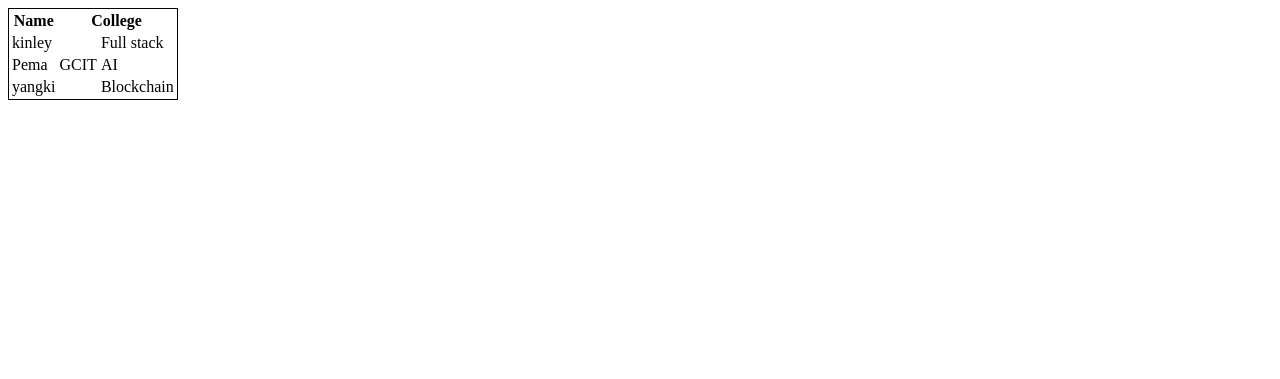
Repository: Pema-yangki/Css
Page: fed.html
These files come from the project's save history. The page is drawn as it stood at one moment and after the next save; the edit follows.
The browser window is 1280 px wide. The pictures show the whole page.

Above is the page before, as saved 2024-03-15 14:32:49.

### fed.html
<!DOCTYPE html>
<html lang="en">
<head>
    <meta charset="UTF-8">
    <meta name="viewport" content="width=device-width, initial-scale=1.0">
    <title>Document</title>
    <!-- <style>
        h1[name="greetings"]{
            color: brown;
        }
        h1[name ="king"]{
            color:aqua
        }
        h1[name="okay"]{
            color:blueviolet
        }
    </style> -->
    <style>
        table{
            border: 1px solid black;
            border-collapse: separate;
            border-spacing: 50;
        }
    </style>
</head>
<body>
   <!-- <h1 name = "greetings">hello</h1>
   <h1 name = "king" >hi</h1>
   <h1 name = "okay">bye</h1> -->
   <table>
    <tr>
        <th>Name</th>
        <th colspan="2">College</th>
    </tr>
    <tr>
        <td>kinley</td>
        <td rowspan="3">GCIT</td>
        <td>Full stack</td>
    </tr>
    <tr>
        <td>Pema</td>
        <td>AI</td>
    </tr>
    <tr>
        <td>yangki</td>
        <td>Blockchain</td>
    </tr>

   </table>
</body>
</html>

After the next save:
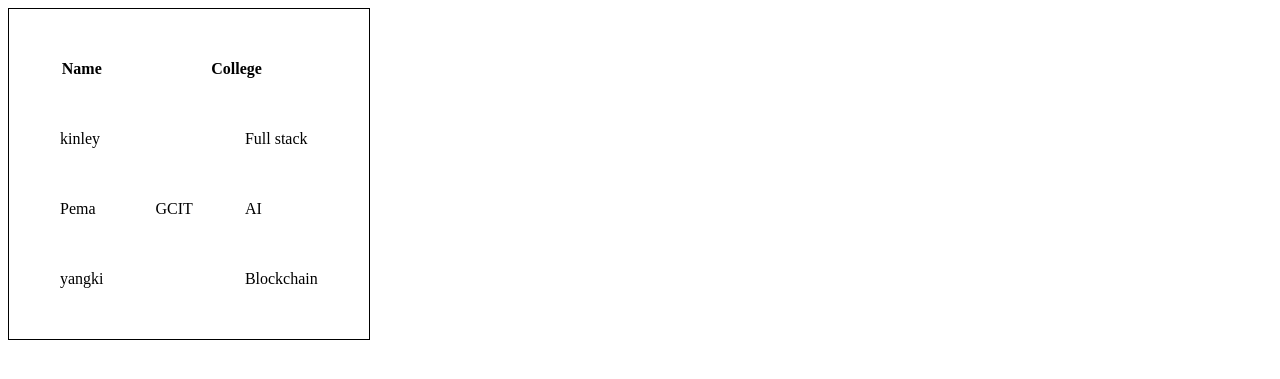
Saved 4 s later.
--- a/fed.html
+++ b/fed.html
@@ -19,7 +19,7 @@
         table{
             border: 1px solid black;
             border-collapse: separate;
-            border-spacing: 50;
+            border-spacing: 50px;
         }
     </style>
 </head>
